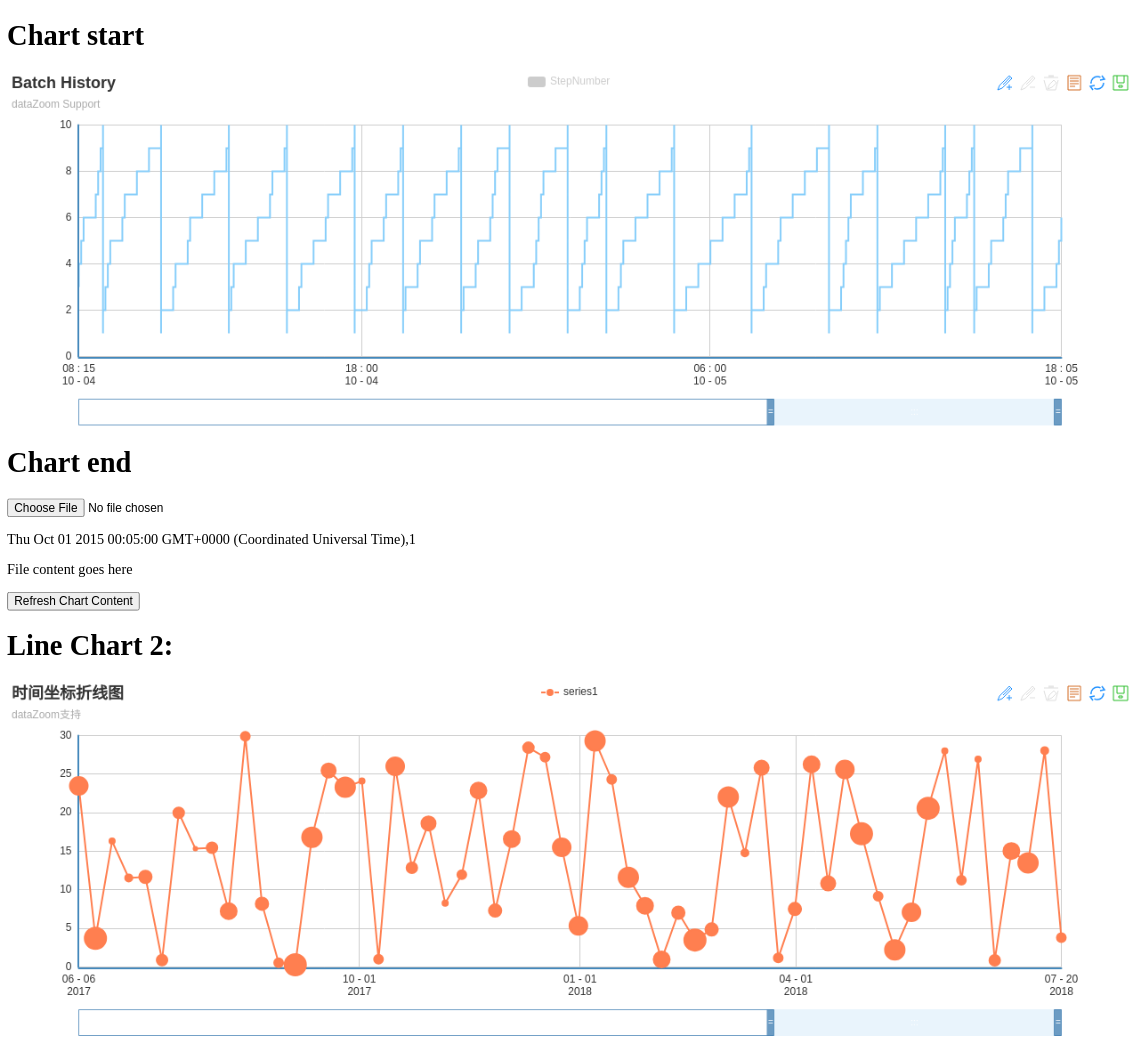
Repository: shutterfly2011/apache
Page: eChartTest/WebContent/LineChart.html
An editor plug-in stored every save of this project. The page is shown before and after the next save, followed by the edit.
The browser window is 1280 px wide. The pictures show the whole page, at 89% of full size.

Above is the page before, as saved 2015-09-24 03:55:11.

After the next save:
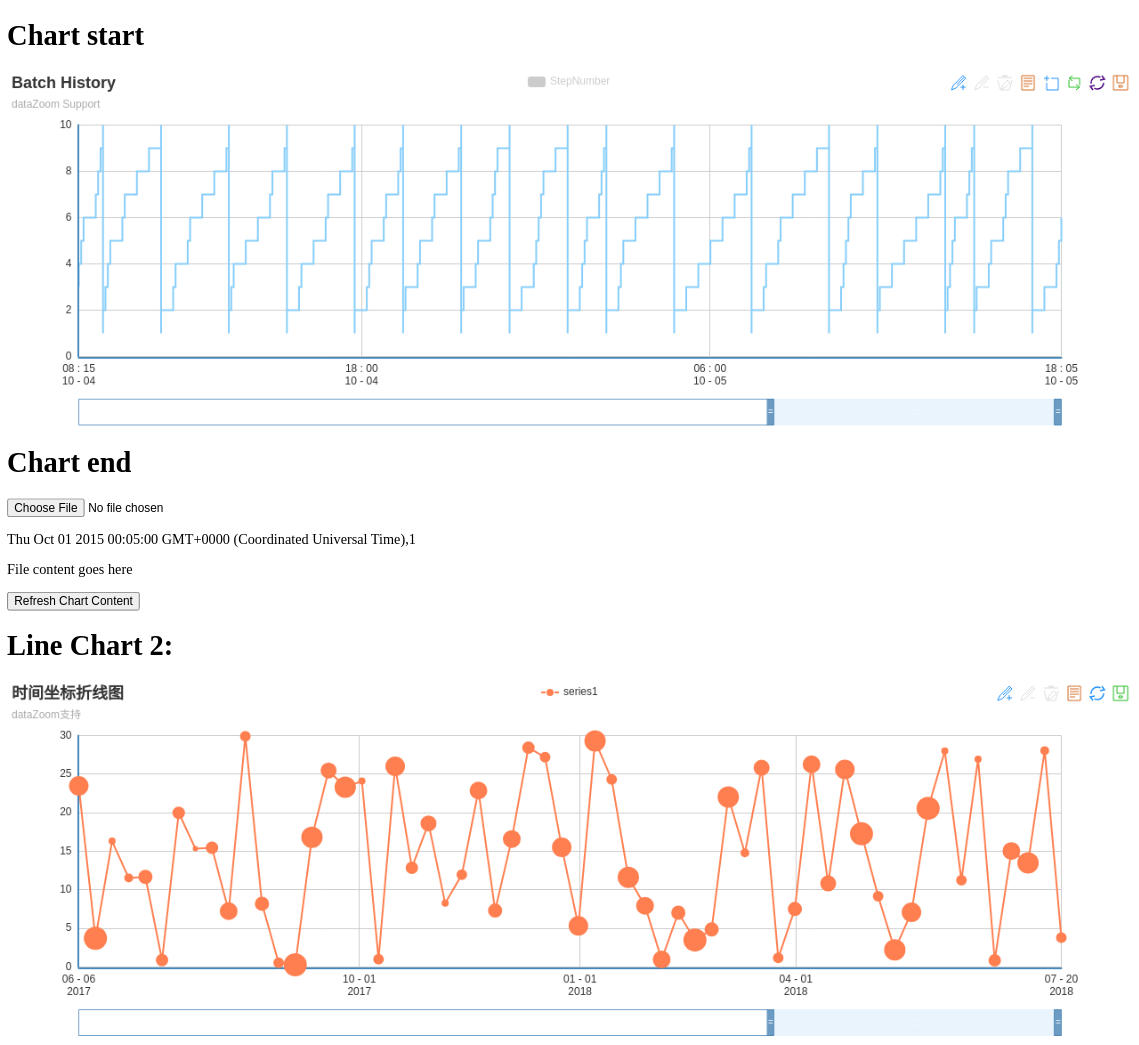
Saved 23 h 14 min later.
--- a/eChartTest/WebContent/LineChart.html
+++ b/eChartTest/WebContent/LineChart.html
@@ -50,6 +50,13 @@
 			        feature : {
 			            mark : {show: true},
 			            dataView : {show: true, readOnly: false},
+			            dataZoom:{
+			            	show: true,
+			            	title:{
+			            		dataZoom: 'zoom in/out',
+			            		dataZoomReset: 'zoom reset'
+			            	}
+			            },
 			            restore : {show: true},
 			            saveAsImage : {show: true}
 			        }
